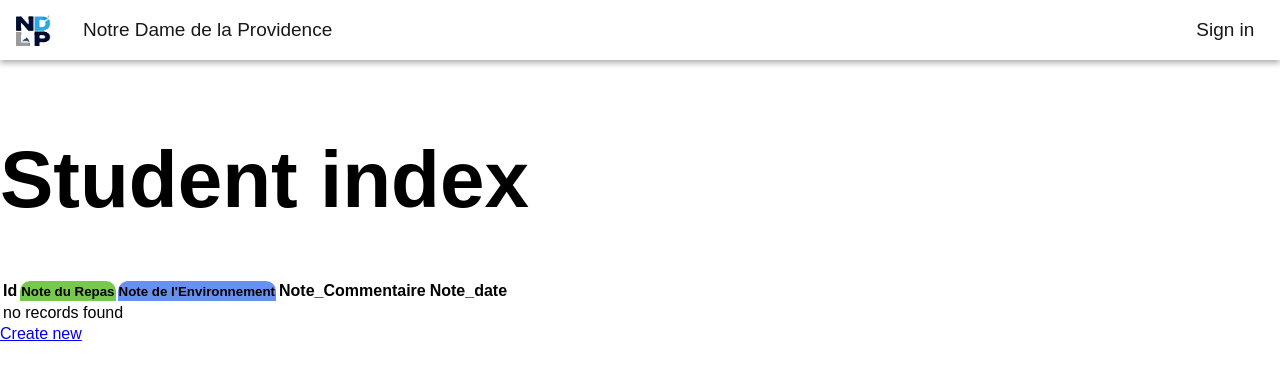
Repository: yaperson/self-feedback1
Page: templates/student/index.html.twig
An editor plug-in stored every save of this project. The page is shown before and after the next save, followed by the edit.
The browser window is 1280 px wide. The pictures show the whole page.
The page is a Twig template of a Symfony application; nobody is signed in and links lead nowhere. The template is opened directly, without the code that normally fills it, so the values that code supplies are empty.

Above is the page before, as saved 2021-12-09 16:49:59.

### templates/student/index.html.twig
{% extends 'base.html.twig' %}

{% block title %}Student index{% endblock %}

{% block body %}
    <h1>Student index</h1>

    <table class="table">
        <thead>
            <tr>
                <th>Id</th>
                <th style="background-color:#78C850; border-top-left-radius: 10px; -moz-border-radius-topleft: 10px; -webkit-border-top-left-radius: 10px; -khtml-border-top-left-radius: 10px; -icab-border-top-left-radius: 10px; -o-border-top-left-radius: 10px; border-top-right-radius: 10px; -moz-border-radius-topright: 10px; -webkit-border-top-right-radius: 10px; -khtml-border-top-right-radius: 10px; -icab-border-top-right-radius: 10px; -o-border-top-right-radius: 10px;"><small>Note du Repas</small>
                <th style="background-color:#6890F0; border-top-left-radius: 10px; -moz-border-radius-topleft: 10px; -webkit-border-top-left-radius: 10px; -khtml-border-top-left-radius: 10px; -icab-border-top-left-radius: 10px; -o-border-top-left-radius: 10px; border-top-right-radius: 10px; -moz-border-radius-topright: 10px; -webkit-border-top-right-radius: 10px; -khtml-border-top-right-radius: 10px; -icab-border-top-right-radius: 10px; -o-border-top-right-radius: 10px;"><small>Note de l'Environnement</small></th>
                <th>Note_Commentaire</th>
                <th>Note_date</th>
                {# <th>actions</th> #}
            </tr>
        </thead>
        <tbody>
        {% for student in students %}
            <tr>
                <td>{{ student.id }}</td>
                <td>{{ student.noteRepas }}</td>
                <td>{{ student.noteValeurEnvironnement }}</td>
                <td>{{ student.noteCommentaire }}</td>
                <td>{{ student.noteDate ? student.noteDate|date('Y-m-d') : '' }}</td>
                {# <td>
                    <a href="{{ path('student_show', {'id': student.id}) }}">show</a>
                    <a href="{{ path('student_edit', {'id': student.id}) }}">edit</a>
                </td> #}
            </tr>
        {% else %}
            <tr>
                <td colspan="6">no records found</td>
            </tr>
        {% endfor %}
        </tbody>
    </table>

    <a href="{{ path('student_new') }}">Create new</a>
{% endblock %}

### templates/base.html.twig
<!doctype html>
<html lang="en">
  <head>
    <meta charset="utf-8">
    <meta name="viewport" content="width=device-width, initial-scale=1, shrink-to-fit=no">
    <meta name="description" content="">
    <meta name="author" content="">
    <title>
        {% block title %} Welcome!
        {% endblock %}

    </title>
    <link rel="shortcut icon" href="images/cropped-cropped-NDLP-3-min-e1544695116495.png" type="image/x-icon">
    <link rel="stylesheet" href="css/style.css">
    <link rel="stylesheet" href="css/home.css">
    <!-- Bootstrap core CSS -->
    {# <link rel="stylesheet" href="/css/bootstrap.css" > #}
    {# <link rel="stylesheet" href="/css/starter-template.css" > #}

    <!-- Bootstrap core JS    # MIS EN COMMENTAIRE CAR BUGUE, A REGLER #
    <script src="js/bootstrap.js" > -->

 {% block stylesheets %}
 {% endblock %}
 {% block javascripts %}
 {% endblock %}

  </head>

  <body>
        <nav class="topnav" id="myTopnav">
          <div id="left">
            <img class="topnav__link img" src="/images/cropped-cropped-NDLP-3-min-e1544695116495.png">
            <span class="topnav__link">Notre Dame de la Providence</span>
          </div>
          {% if is_granted('ROLE_USER') %}
              <div class="nav-link disabled">
                <i class="fas fa-user"></i>
                {% if app.user %}
                  <strong>{{ app.user.username }}</strong>
                {% endif %}
              </div>
              <a class="topnav__link" id="right" href="{{ path('app_logout') }}">{{'Logout'|trans}}</a>
              {% else %}
              <a class="topnav__link" id="right" href="{{ path('app_login') }}">{{'Sign in'|trans}}</a>
              {% endif %}
        </nav>

    <main>
          {% block body %}{% endblock %}

    </main><!-- /.container -->
    {#
    <!-- Bootstrap core JavaScript
    ================================================== -->
    <!-- Placed at the end of the document so the pages load faster -->
    <script src="https://code.jquery.com/jquery-3.2.1.slim.min.js" integrity="sha384-KJ3o2DKtIkvYIK3UENzmM7KCkRr/rE9/Qpg6aAZGJwFDMVNA/GpGFF93hXpG5KkN" crossorigin="anonymous"></script>
    <script>window.jQuery || document.write('<script src="../../../../assets/js/vendor/jquery-slim.min.js"><\/script>')</script>
    <script src="../../../../assets/js/vendor/popper.min.js"></script>
    <script src="../../../../dist/js/bootstrap.min.js"></script> #}
  </body>
</html>

### public/css/style.css
html{
    width: 100%;
    width: 100%;
    height: 100%;
}

body{
    display: grid;
    margin: 0;
    width: 100%;
    height: 100vh;
    font-family: Arial, Helvetica, sans-serif;
}

main {
  margin-top: 5rem;
}

#btn5 {
  background: linear-gradient(180deg, #2aa1d4 0%, rgba(42, 158, 207, 0.992) 0.01%, rgba(43, 158, 207, 0.65) 99.97%, rgba(41, 157, 207, 0.67) 99.98%, rgba(45, 170, 225, 0.89) 100%);
  box-shadow: 0px 4px 4px rgba(0, 0, 0, 0.12);
  border-radius: 30px;
  border: none;
}
/***********************************************/
.topnav {
  overflow: hidden;
  background-color: rgb(255, 255, 255);
  box-shadow: 0 3px 6px 0 rgb(175, 175, 175);
  user-select: none;
  z-index: 2;
  display: flex;
  align-items: center;
  justify-content: space-between;
  position: fixed;
  width: 100%;
}
.topnav .topnav__link {
  float: left;
  color: #181818;
  padding: 14px 16px;
  text-decoration: none;
  font-size: 19px;
  transition: 0.2s;
}
#left {
  display: flex;
  align-items: center;
}
#right {
  float: right;
  /* margin-left: 75%; */
  padding-right: 2%;
}
.img {
  width: 35px;
  height: 32px;
  left: 11px;
  top: 7px;
}
.topnav .topnav__link:hover {
  color: #060c18;
  transition: 0.2s;
}
  /*****/
  .foo-container {
    display: flex;
    position: absolute;
    justify-content: center;
    align-items: center;
    bottom: 0;
    width: 100%;
    /* height: 164px; */
    color: white;
    background: #424242;
  }
  .bloc {
    display: flex;
    justify-content: space-around;
    margin: 10px;
    width: 50%;
  }

/***********************************************/

.error{
  display: flex;
  position: absolute;
  justify-content: center;
  align-items: center;
  width: 100%;
  height: 50px;
  background-color: red;
  animation: kboom infinite 1s;
  color: white;
}

@keyframes kboom {
  0%{
    background-color: red;
  }
  100%{
    background-color: blue;
  }
}



element.style {
  background-image: url(assets/img/image1.jpg);
  height: 100vh;
}
.bg-image {
  display: flex;
  justify-content: center;
  align-items: center;
  position: relative;
  overflow: hidden;
  background-repeat: no-repeat;
  background-size: cover;
  background-position: 50%;
}

@media (max-width: 750px) {
  .foo-container {
    color: #b6b6fb;
  }
  .topnav {
    max-width: 100%;
  }
}

### public/css/home.css
.main__title{
    display: flex;
    justify-content: center;
}

h1{
    font-size: 5rem;
}

/***************/
.main__btn{
    justify-content: center;
    align-content: center;
    align-items: center;
    text-align: center;
    display: flex;
}

#btn5{
    display: flex;
    align-items: center;
    justify-content: center;
    position: relative;
    overflow: hidden;
    color: rgb(255, 255, 255);
    mix-blend-mode: normal;
    cursor: pointer;
    outline: none;
    border: none;
    width: 20%;
    height: 60px;
    text-decoration: none;
}
.TxtBtn {
    position: relative;
    pointer-events: none;
}

@media screen and (max-width: 750px) {
    main{
        max-width: 100%;
    }
    .main__title{
        max-width: 320px;
        font-size: 50px;
    }
    h3{
        font-size: 50px;
    }
    #target{
        font-size: 50px;
    }
}

After the next save:
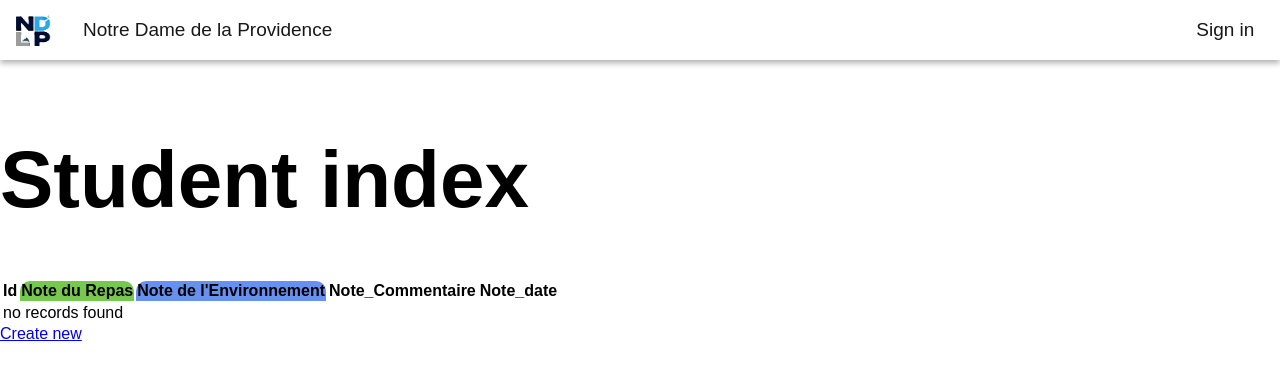
Saved 15 s later.
--- a/templates/student/index.html.twig
+++ b/templates/student/index.html.twig
@@ -9,8 +9,8 @@
         <thead>
             <tr>
                 <th>Id</th>
-                <th style="background-color:#78C850; border-top-left-radius: 10px; -moz-border-radius-topleft: 10px; -webkit-border-top-left-radius: 10px; -khtml-border-top-left-radius: 10px; -icab-border-top-left-radius: 10px; -o-border-top-left-radius: 10px; border-top-right-radius: 10px; -moz-border-radius-topright: 10px; -webkit-border-top-right-radius: 10px; -khtml-border-top-right-radius: 10px; -icab-border-top-right-radius: 10px; -o-border-top-right-radius: 10px;"><small>Note du Repas</small>
-                <th style="background-color:#6890F0; border-top-left-radius: 10px; -moz-border-radius-topleft: 10px; -webkit-border-top-left-radius: 10px; -khtml-border-top-left-radius: 10px; -icab-border-top-left-radius: 10px; -o-border-top-left-radius: 10px; border-top-right-radius: 10px; -moz-border-radius-topright: 10px; -webkit-border-top-right-radius: 10px; -khtml-border-top-right-radius: 10px; -icab-border-top-right-radius: 10px; -o-border-top-right-radius: 10px;"><small>Note de l'Environnement</small></th>
+                <th style="background-color:#78C850; border-top-left-radius: 10px; -moz-border-radius-topleft: 10px; -webkit-border-top-left-radius: 10px; -khtml-border-top-left-radius: 10px; -icab-border-top-left-radius: 10px; -o-border-top-left-radius: 10px; border-top-right-radius: 10px; -moz-border-radius-topright: 10px; -webkit-border-top-right-radius: 10px; -khtml-border-top-right-radius: 10px; -icab-border-top-right-radius: 10px; -o-border-top-right-radius: 10px;">Note du Repas</th>
+                <th style="background-color:#6890F0; border-top-left-radius: 10px; -moz-border-radius-topleft: 10px; -webkit-border-top-left-radius: 10px; -khtml-border-top-left-radius: 10px; -icab-border-top-left-radius: 10px; -o-border-top-left-radius: 10px; border-top-right-radius: 10px; -moz-border-radius-topright: 10px; -webkit-border-top-right-radius: 10px; -khtml-border-top-right-radius: 10px; -icab-border-top-right-radius: 10px; -o-border-top-right-radius: 10px;">Note de l'Environnement</th>
                 <th>Note_Commentaire</th>
                 <th>Note_date</th>
                 {# <th>actions</th> #}
